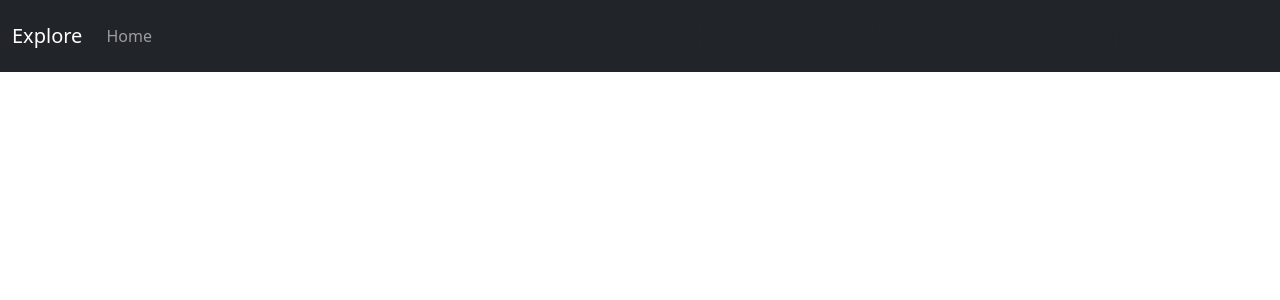
Repository: Survey-Wizard/SurveyWizard
Page: http://localhost/home
The author's editor kept a copy of each file at every save. The page is drawn from the files as they stood at one save, then again after the next save.
The browser window is 1280 px wide. The pictures show the whole page.
The page is served by the project's Node server (server.js). Other server files are loaded and not shown.

Above is the page before, as saved 2021-05-30 09:56:30.

### views/index.ejs
<!DOCTYPE html>
<html lang="en">
<head>
  <meta charset="UTF-8">
  <meta http-equiv="X-UA-Compatible" content="IE=edge">
  <meta name="viewport" content="width=device-width, initial-scale=1.0">
  <title><%= title %></title>
  <link rel='stylesheet' href='/bootstrap/dist/css/bootstrap.min.css' />
  <link rel='stylesheet' href='/@fortawesome/fontawesome-free/css/all.min.css' />
  <link rel='stylesheet' href='/Content/app.css' />

</head>
<body>

  <nav class="navbar navbar-expand-lg navbar-dark bg-dark">
    <div class="container-fluid">
      <a class="navbar-brand" href="#">Explore</a>

      <div class="collapse navbar-collapse" id="navbarSupportedContent">
        <ul class="navbar-nav ml-auto">
          <li class="nav-item active">
            <a class="nav-link"  href="#">Home</a>
          </li>

        </div>
      <


  <h1>Welcome to the <%= title %> page</h1>


  <script src="/jquery/dist/jquery.min.js"></script>
  <script src="/bootstrap/dist/css/bootstrap.min.js"></script>
  <script src="/Scripts/app.js"></script>

</body>
</html>

### server.js
#!/usr/bin/env node

/**
 * Module dependencies.
 */

var app = require('./app');
var debug = require('debug')('assignment-1-portfolio:server');
var http = require('http');

/**
 * Get port from environment and store in Express.
 */

var port = normalizePort(process.env.PORT || '3000');
app.set('port', port);

/**
 * Create HTTP server.
 */

var server = http.createServer(app);

/**
 * Listen on provided port, on all network interfaces.
 */

server.listen(port);
server.on('error', onError);
server.on('listening', onListening);

/**
 * Normalize a port into a number, string, or false.
 */

function normalizePort(val) {
  var port = parseInt(val, 10);

  if (isNaN(port)) {
    // named pipe
    return val;
  }

  if (port >= 0) {
    // port number
    return port;
  }

  return false;
}

/**
 * Event listener for HTTP server "error" event.
 */

function onError(error) {
  if (error.syscall !== 'listen') {
    throw error;
  }

  var bind = typeof port === 'string'
    ? 'Pipe ' + port
    : 'Port ' + port;

  // handle specific listen errors with friendly messages
  switch (error.code) {
    case 'EACCES':
      console.error(bind + ' requires elevated privileges');
      process.exit(1);
      break;
    case 'EADDRINUSE':
      console.error(bind + ' is already in use');
      process.exit(1);
      break;
    default:
      throw error;
  }
}

/**
 * Event listener for HTTP server "listening" event.
 */

function onListening() {
  var addr = server.address();
  var bind = typeof addr === 'string'
    ? 'pipe ' + addr
    : 'port ' + addr.port;
  debug('Listening on ' + bind);
}

### routes/index.js
var express = require('express');
var router = express.Router();


/* GET home page. */
router.get('/', function(req, res, next) {
  res.render('index', { title: 'Home Page' });
});

/* GET home page. */
router.get('/home', function(req, res, next) {
  res.render('index', { title: 'Home Page' });
});

/* GET About page. */
router.get('/about', function(req, res, next) {
  res.render('index', { title: 'About' });
});

/* GET Projects page. */
router.get('/projects', function(req, res, next) {
  res.render('index', { title: 'Projects' });
});

/* GET Services page. */
router.get('/services', function(req, res, next) {
  res.render('index', { title: 'Services' });
});

/* GET Contact page. */
router.get('/contact', function(req, res, next) {
  res.render('index', { title: 'Contact Me' });
});



module.exports = router;

### app.js
let createError = require('http-errors');
let express = require('express');
let path = require('path');
let cookieParser = require('cookie-parser');
let logger = require('morgan');

let indexRouter = require('./routes/index');
let usersRouter = require('./routes/users');

let app = express();

// view engine setup
app.set('views', path.join(__dirname, 'views'));
app.set('view engine', 'ejs');

app.use(logger('dev'));
app.use(express.json());
app.use(express.urlencoded({ extended: false }));
app.use(cookieParser());
app.use(express.static(path.join(__dirname, 'public')));
app.use(express.static(path.join(__dirname, 'node_modules')));
app.use('/', indexRouter);
app.use('/users', usersRouter);

// catch 404 and forward to error handler
app.use(function(req, res, next) {
  next(createError(404));
});

// error handler
app.use(function(err, req, res, next) {
  // set locals, only providing error in development
  res.locals.message = err.message;
  res.locals.error = req.app.get('env') === 'development' ? err : {};

  // render the error page
  res.status(err.status || 500);
  res.render('error');
});

module.exports = app;

### public/Content/app.css
/* Custom css */

### public/Scripts/app.js
(function (){

    function Start ()
    {
        console.log("App Started...");

    }

    window.addEventListener("load", Start);

})();

After the next save:
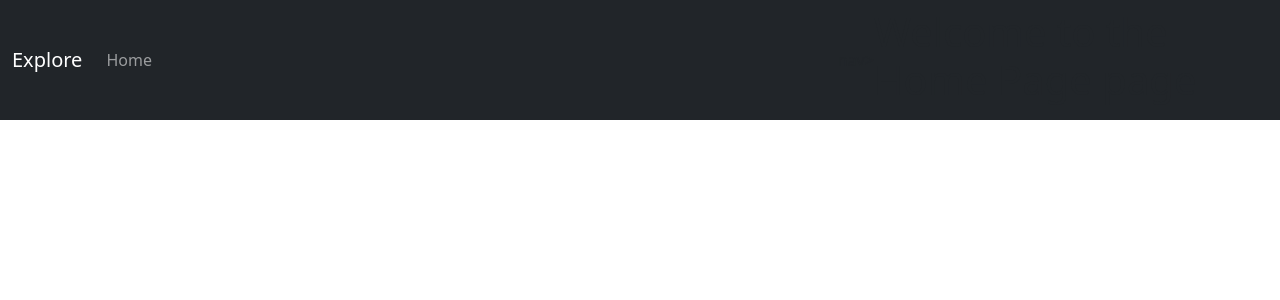
Saved 4 s later.
--- a/views/index.ejs
+++ b/views/index.ejs
@@ -23,7 +23,7 @@
           </li>
 
         </div>
-      <
+      </div>nav>
 
 
   <h1>Welcome to the <%= title %> page</h1>
